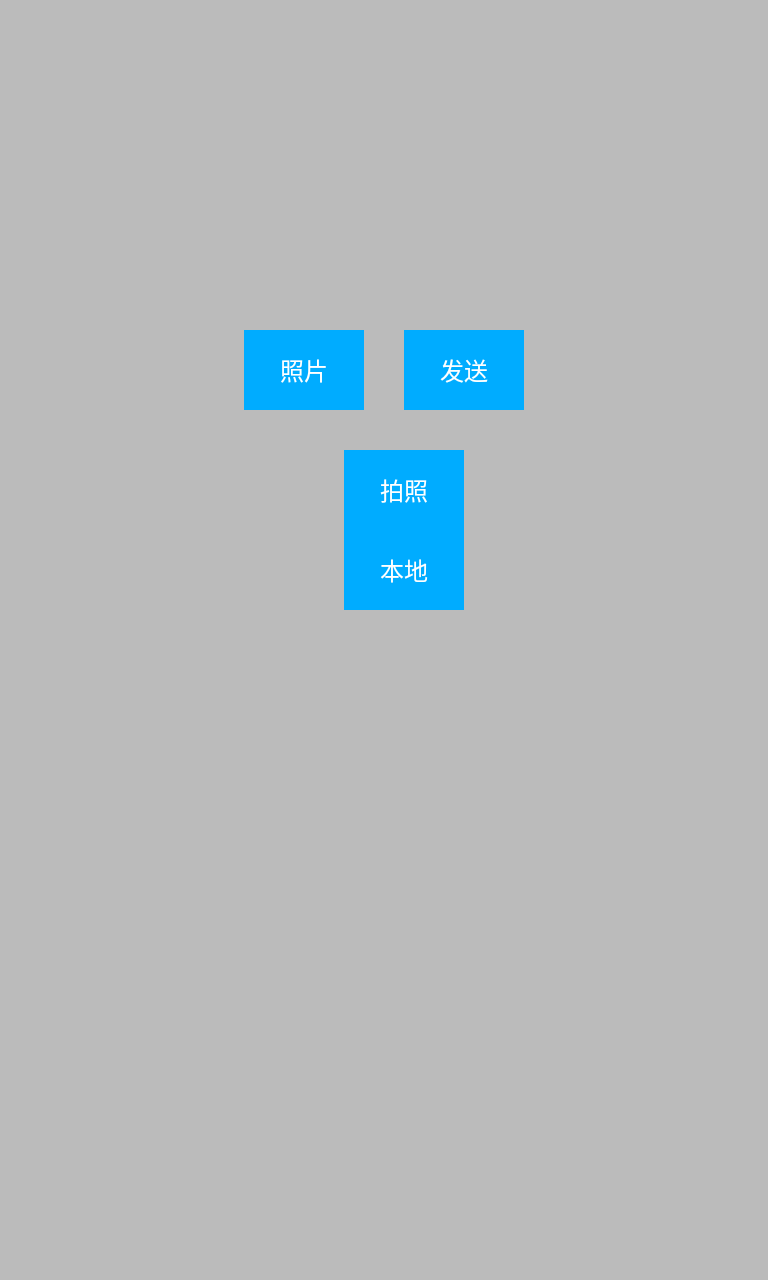
Repository: fanloveoupao/WecharTest
Layout: TestWechar/res/layout/chhose_photos.xml
An editor plug-in stored every save of this project. The layout is shown before and after the next save, followed by the edit.
It is drawn on a 768 x 1280 px phone screen (xhdpi) without system bars, with theme AppTheme; the app's code is not run.

Above is the layout before, as saved 2015-10-11 08:00:03.

### TestWechar/res/layout/chhose_photos.xml
<?xml version="1.0" encoding="utf-8"?>
<LinearLayout xmlns:android="http://schemas.android.com/apk/res/android"
    android:layout_width="match_parent"
    android:layout_height="match_parent"
    android:background="@drawable/bg"
    android:gravity="center"
    android:orientation="vertical" >

    <LinearLayout
        android:id="@+id/btn_layout"
        android:layout_width="fill_parent"
        android:layout_height="wrap_content"
        android:gravity="center"
        android:orientation="horizontal" >

        <Button
            android:id="@+id/btn_choose"
            android:layout_width="60dp"
            android:layout_height="40dp"
            android:layout_marginRight="10dp"
            android:background="@drawable/button_login_bg"
            android:text="照片"
            android:textColor="@color/white"
            android:textSize="12dp" />

        <Button
            android:id="@+id/btn_send"
            android:layout_width="60dp"
            android:layout_height="40dp"
            android:layout_marginLeft="10dp"
            android:background="@drawable/button_login_bg"
            android:text="发送"
            android:textColor="@color/white"
            android:textSize="12dp" />
    </LinearLayout>
    <!--  -->

    <LinearLayout
        android:id="@+id/choose_layout"
        android:layout_width="fill_parent"
        android:layout_height="wrap_content"
        android:layout_marginTop="20dp"
        android:gravity="center"
        android:orientation="vertical" >

        <Button
            android:id="@+id/btn_photo"
            android:layout_width="60dp"
            android:layout_height="40dp"
            android:layout_marginLeft="10dp"
            android:background="@drawable/button_login_bg"
            android:text="拍照"
            android:textColor="@color/white"
            android:textSize="12dp" />

        <Button
            android:id="@+id/btn_native"
            android:layout_width="60dp"
            android:layout_height="40dp"
            android:layout_marginLeft="10dp"
            android:background="@drawable/button_login_bg"
            android:text="本地"
            android:textColor="@color/white"
            android:textSize="12dp" />
    </LinearLayout>
    <!--  -->

    <LinearLayout
        android:layout_width="wrap_content"
        android:layout_height="wrap_content"
        android:layout_marginTop="20dp"
        android:gravity="center" >

        <ImageView
            android:id="@+id/img_photo"
            android:layout_width="wrap_content"
            android:layout_height="wrap_content"
            android:adjustViewBounds="true"
            android:maxHeight="400dp"
            android:maxWidth="300dp"
            android:minHeight="150dp"
            android:minWidth="150dp" />
    </LinearLayout>

</LinearLayout>

### TestWechar/res/values/styles.xml
<resources>

    <!--
        Base application theme, dependent on API level. This theme is replaced
        by AppBaseTheme from res/values-vXX/styles.xml on newer devices.











    -->
    <style name="AppBaseTheme" parent="android:Theme.Light">
        <!--
            Theme customizations available in newer API levels can go in
            res/values-vXX/styles.xml, while customizations related to
            backward-compatibility can go here.






        -->
    </style>

    <!-- Application theme. -->
    <style name="AppTheme" parent="AppBaseTheme">
        <!-- All customizations that are NOT specific to a particular API-level can go here. -->
    </style>

    <style name="animationmsg">
        <item name="android:windowEnterAnimation">@anim/msg_enter</item>
        <item name="android:windowExitAnimation">@anim/msg_exit</item>
    </style>

</resources>

### TestWechar/res/values/color.xml
<?xml version="1.0" encoding="utf-8"?>
<resources>

    <color name="white">#ffffffff</color>
    <color name="window_bg">#fff0f3f6</color>
    <color name="title_bg">#ff54acea</color>
    <color name="chat_text">#ff333333</color>
    <color name="common_top_bar_blue">#4ebcd3</color>
    <color name="btn_login_normal">#00acff</color>
    <color name="btn_login_pressed">#46678d</color>
    <color name="btn_logout_normal">#d33f3f</color>
    <color name="btn_logout_pressed">#DA5A4D</color>
    <color name="btn_register_normal">#ffffff</color>
    <color name="btn_register_pressed">#00acff</color>
    <color name="common_bottom_bar_normal_bg">#2d2f31</color>
    <color name="common_bottom_bar_selected_bg">#161718</color>
    <color name="common_botton_bar_blue">#2ea7e0</color>
    <color name="common_bg">#fcfcfc</color>
    <color name="btn_pressed_green_solid">#B6DA53</color>
    <color name="divider_list">#d4d4d4</color>
    <color name="top_bar_normal_bg">#00acff</color>
    <color name="error_item_color">#F6EBE6</color>
    <color name="bottom_bar_normal_bg">#2D2F31</color>
    <color name="bottom_text_color_normal">#ffffff</color>
    <color name="btn_white_normal">#f7f8f8</color>
    <color name="btn_white_pressed">#b5b5b6</color>
    <color name="btn_green_noraml">#68C270</color>
    <color name="btn_green_pressed">#6FCD78</color>
    <color name="btn_gray_normal">#c0c0c0</color>
    <color name="btn_gray_pressed_status">#b5b5b6</color>
    <color name="btn_gray_pressed">#666667</color>
    <color name="btn_blue_normal">#1e90ff</color>
    <color name="btn_blue_pressed">#0066FF</color>
    <color name="orange">#FFA500</color>
    <color name="gray_pressed">#b5b5b6</color>
    <color name="gray_normal">#666667</color>
    <color name="grid_state_pressed">#1Affffff</color>
    <color name="grid_state_focused">#80000000</color>
    <color name="voip_interface_text_color">#bababa</color>
    <color name="black_deep">#FF000000</color>
    <color name="btn_answer_pressed">#4ebcd3</color>
    <color name="btn_answer_normal">#2dafa3</color>

</resources>

Loaded but not shown: TestWechar/res/values-v11/styles.xml (common file); TestWechar/res/values-v14/styles.xml (common file); TestWechar/res/drawable/button_login_bg.xml (common file)

After the next save:
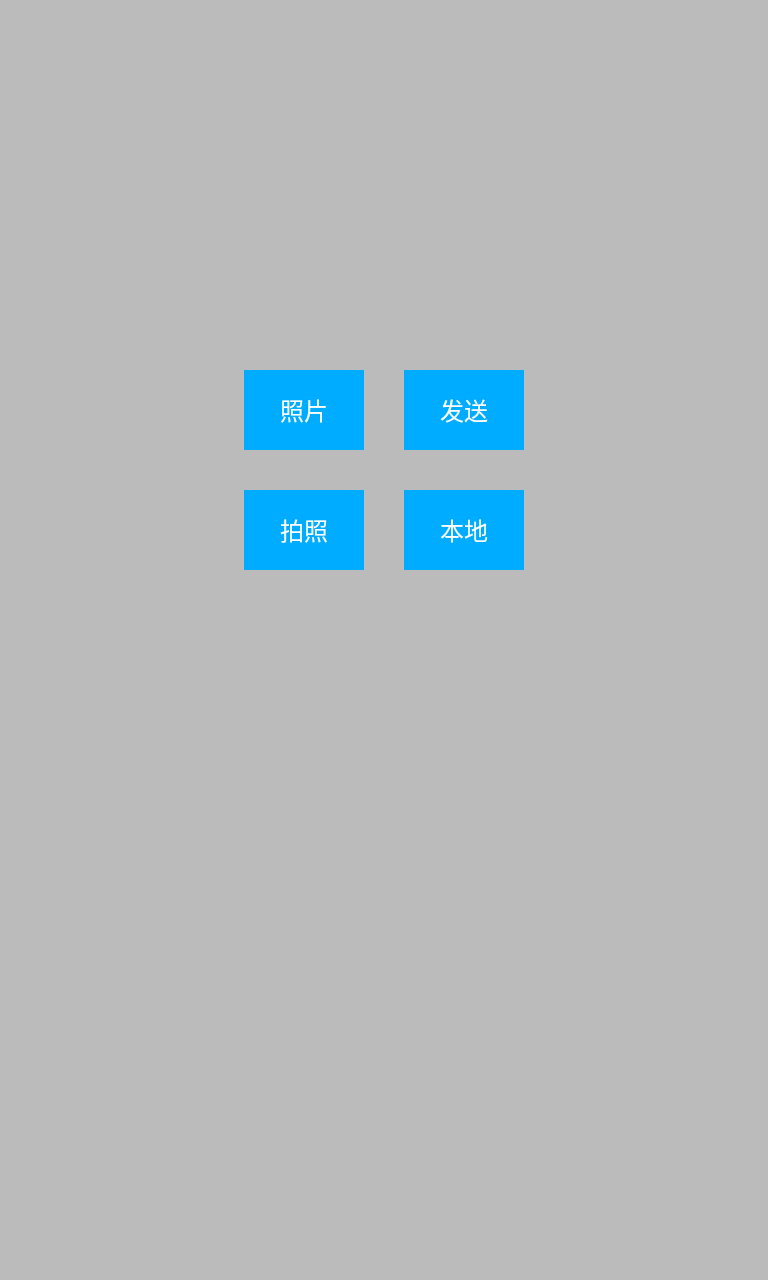
Saved 14 s later.
--- a/TestWechar/res/layout/chhose_photos.xml
+++ b/TestWechar/res/layout/chhose_photos.xml
@@ -41,13 +41,13 @@
         android:layout_height="wrap_content"
         android:layout_marginTop="20dp"
         android:gravity="center"
-        android:orientation="vertical" >
+        android:orientation="horizontal" >
 
         <Button
             android:id="@+id/btn_photo"
             android:layout_width="60dp"
             android:layout_height="40dp"
-            android:layout_marginLeft="10dp"
+            android:layout_marginRight="10dp"
             android:background="@drawable/button_login_bg"
             android:text="拍照"
             android:textColor="@color/white"
